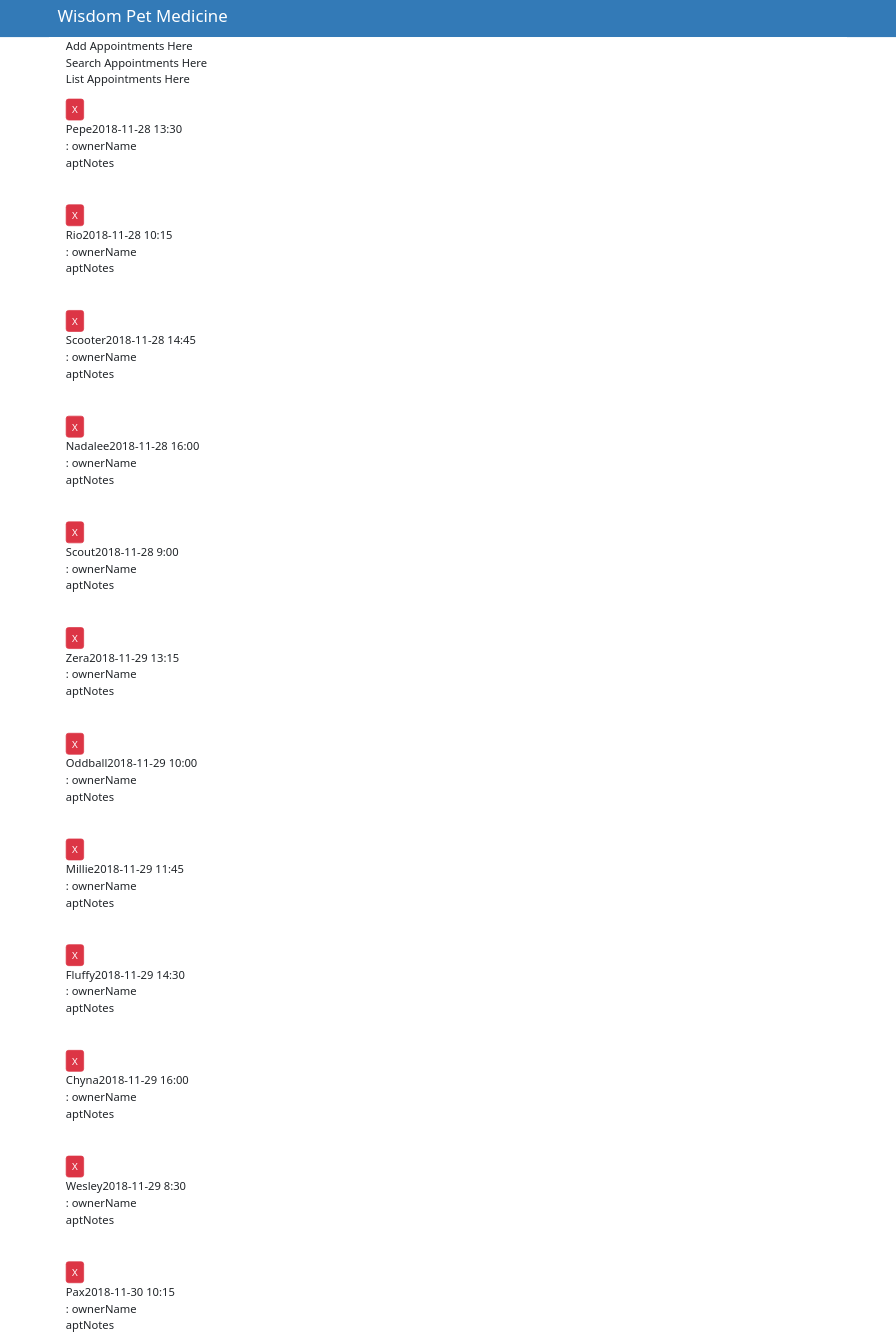
Repository: DevLuDaley/reactinterface
Page: /
These files come from the project's save history. The page is drawn as it stood at one moment and after the next save; the edit follows.
The browser window is 1280 px wide. The pictures show the part of the page from y = 0 to 1920 px (the page is 3954 px tall), at 70% of full size.
The project was rebuilt for these pictures with package versions that can differ from the ones it lists, and the page was loaded fresh each time. Also part of the build but not shown: src/css/App.css.

Above is the page before, as saved 2021-02-04 18:10:41.

### public/index.html
<!DOCTYPE html>
<html lang="en">
  <head>
    <meta charset="utf-8" />
    <link rel="icon" href="%PUBLIC_URL%/favicon.ico" />
    <meta name="viewport" content="width=device-width, initial-scale=1" />
    <meta name="theme-color" content="#000000" />
    <meta
      name="description"
      content="Web site created using create-react-app"
    />
    <link rel="apple-touch-icon" href="%PUBLIC_URL%/logo192.png" />
    <!--
      manifest.json provides metadata used when your web app is installed on a
      user's mobile device or desktop. See https://developers.google.com/web/fundamentals/web-app-manifest/
    -->
    <link rel="manifest" href="%PUBLIC_URL%/manifest.json" />
    <!--
      Notice the use of %PUBLIC_URL% in the tags above.
      It will be replaced with the URL of the `public` folder during the build.
      Only files inside the `public` folder can be referenced from the HTML.

      Unlike "/favicon.ico" or "favicon.ico", "%PUBLIC_URL%/favicon.ico" will
      work correctly both with client-side routing and a non-root public URL.
      Learn how to configure a non-root public URL by running `npm run build`.
    -->
    <title>React App</title>
  </head>
  <body>
    <noscript>You need to enable JavaScript to run this app.</noscript>
    <header class="container text-white">
      <h4 class="py-2">Wisdom Pet Medicine</h4>
    </header>

    <div id="root"></div>

    <footer class="container d-flex text-white py-2">
      <p>
        All contents &copy; 2018
        <a href="https://www.linkedin.com/learning">LinkedIn Learning</a>. All
        rights reserved.
      </p>
      <div class="ml-auto">
        <a class="d-block text-white" href="#">Terms of use</a>
        <a class="d-block text-white" href="#">Privacy policy</a>
      </div>
      <!-- col-md-6 -->
    </footer>
    <!-- footer -->
  </body>
</html>

### src/index.js
import React from 'react';
import ReactDOM from 'react-dom';
import 'bootstrap/dist/css/bootstrap.css'
import './css/index.css';
import App from './components/App';
import reportWebVitals from './reportWebVitals';
// import * as serviceWorker from './serviceWorker';
import 'jquery/dist/jquery'
import 'popper.js/dist/umd/popper'
import 'bootstrap/dist/js/bootstrap'

ReactDOM.render(
  <React.StrictMode>
    <App />
  </React.StrictMode>,
  document.getElementById('root')
);

// If you want to start measuring performance in your app, pass a function
// to log results (for example: reportWebVitals(console.log))
// or send to an analytics endpoint. Learn more: https://bit.ly/CRA-vitals
// serviceWorker.unregister()
reportWebVitals();

### src/components/App.js
import React, { Component } from 'react'
import '../css/App.css';
import AddAppointments from './AddAppointments';
import SearchAppointments from './SearchAppointments';
import ListAppointments from './ListAppointments';

class App extends Component {
  constructor(props) {
    super(props);
    this.state = {
      // myName: 'LH',
      authorized: true,
      myAppointments: []
     }
  }
  componentDidMount() {
    fetch('./data.json')
    .then(response => response.json())
    .then(result => {
      const apts = result.map(item => {
        return item;
      })
      this.setState({
        myAppointments: apts
      })
    })
  }

  render() {
    // const listItems = this.state.myAppointments.map(item => (
    //   <div>
    //     <div>
    //       {item.petName}
    //     </div>
    //       <div>{item.ownerName}</div>
    //   </div>
    // ))
    return (
      // <div className="App">
            <main className="page bg-white" id="petratings">
        <div className="container">
          <div className="row">
            <div className="col-md-12 bg-white">
              <div className="container">
              {/* { this.state.myName} */}
              {/* { listItems } */}
                <div> <AddAppointments /> </div>
                <div> <SearchAppointments authorized={true}/> </div>
                <div> <ListAppointments appointments={this.state.myAppointments} /> </div>
              </div>
            </div>
          </div>
        </div>
      </main>
    // </div>
      );
  }
}

export default App;

### src/components/AddAppointments.js
import React, { Component } from 'react'

class AddAppointments extends Component {
    constructor(props) {
        super(props);
        this.state = {  }
    }
    render() {
        return (
            <div>
                Add Appointments Here
            </div>
         );
    }
}

export default AddAppointments;

### src/components/SearchAppointments.js
import React, { Component } from 'react'
class SearchAppointments extends Component {
    constructor(props) {
        super(props);
        this.state = {  }
    }
    render() {
        return (
        <div>
            Search Appointments Here
        </div>
        );
    }
}

export default SearchAppointments;

### src/components/ListAppointments.js
import React, { Component } from 'react'

class ListAppointments extends Component {
    constructor(props) {
        super(props);
        this.state = {  }
    }
    render() {
    //   const listItems = this.state.myAppointments.map(item => (
      const listItems = this.props.appointments.map(item => (
            <div>
                <div>
                {item.petName} -- {item.ownerName}</div>
            </div>
    ))



        return (
        <div>
            List Appointments Here
            {/* {listItems} */}
            {this.props.appointments.map(item => (
                <div className="appointment-list item-list mb-3">
          <div className="pet-item col media py-3">
            <div className="mr-3">
              <button className="pet-delete btn btn-sm btn-danger">X</button>
            </div>

            <div className="pet-info media-body">
              <div className="pet-head d-flex">
                <span className="pet-name">{item.petName}</span>
                <span className="apt-date ml-auto">{item.aptDate}</span>
              </div>

              <div className="owner-name">
                <span className="label-item">{item.Owner}: </span>
                <span>ownerName</span>
              </div>
              <div className="apt-notes">aptNotes</div>
            </div>
          </div>
      </div>
            ))}

        </div>
        );
    }
}
export default ListAppointments;

### public/data.json
[
  {
    "petName": "Pepe",
    "ownerName": "Reggie Tupp",
    "aptNotes": "It's time for this rabbit's post spaying surgery checkup",
    "aptDate": "2018-11-28 13:30"
  },
  {
    "petName": "Rio",
    "ownerName": "Philip Ransu",
    "aptNotes": "Rio is up for his next round of vaccinations",
    "aptDate": "2018-11-28 10:15"
  },
  {
    "petName": "Scooter",
    "ownerName": "Zachary Heilyn",
    "aptNotes": "Scooter has been pawing at his ear and may have an ear infection",
    "aptDate": "2018-11-28 14:45"
  },
  {
    "petName": "Nadalee",
    "ownerName": "Krystle Valerija",
    "aptNotes": "This dog is coming in for his monthly nail trim and grooming",
    "aptDate": "2018-11-28 16:00"
  },
  {
    "petName": "Scout",
    "ownerName": "Nicolette Bardeau",
    "aptNotes": "This dog is coming in for his annual checkup and vaccinations",
    "aptDate": "2018-11-28 9:00"
  },
  {
    "petName": "Zera",
    "ownerName": "Austin Finnagan",
    "aptNotes": "This iguana's is showing signs of dementia associated with his old age",
    "aptDate": "2018-11-29 13:15"
  },
  {
    "petName": "Oddball",
    "ownerName": "Howie Cadell",
    "aptNotes": "Oddball has a hard lump on right front foot",
    "aptDate": "2018-11-29 10:00"
  },
  {
    "petName": "Millie",
    "ownerName": "Freya Terray",
    "aptNotes": "MIllie has exhibited signs of an upset stomach and is not eating regularly",
    "aptDate": "2018-11-29 11:45"
  },
  {
    "petName": "Fluffy",
    "ownerName": "Tracy Westbay",
    "aptNotes": "Fluffy has some matted hair that needs to be groomed",
    "aptDate": "2018-11-29 14:30"
  },
  {
    "petName": "Chyna",
    "ownerName": "Sandie Gobnet",
    "aptNotes": "This turtle is coming in for a checkup and to be tested for Salmonella",
    "aptDate": "2018-11-29 16:00"
  },
  {
    "petName": "Wesley",
    "ownerName": "Nathan Cayden",
    "aptNotes": "This dog is returning for his next heartworm treatment visit",
    "aptDate": "2018-11-29 8:30"
  },
  {
    "petName": "Pax",
    "ownerName": "Sarah Greer",
    "aptNotes": "This senior dog has been sluggish and showing lethargic behavior",
    "aptDate": "2018-11-30 10:15"
  },
  {
    "petName": "Squiggles",
    "ownerName": "Madisyn Roope",
    "aptNotes": "Squiggles is due for her annual checkup and vaccinations",
    "aptDate": "2018-11-30 11:30"
  },
  {
    "petName": "Lucky",
    "ownerName": "Lisa Choy-Wu",
    "aptNotes": "This cat has tartar buildup and her owner would like his teeth cleaned",
    "aptDate": "2018-11-30 14:30"
  },
  {
    "petName": "Bailey",
    "ownerName": "Leslie Richardson",
    "aptNotes": "This cat is suffering from hotspots and dermatitis",
    "aptDate": "2018-11-30 15:45"
  },
  {
    "petName": "Kiko",
    "ownerName": "Kathlyn Zlata",
    "aptNotes": "Kiko has been exhibiting excessive thirst and weight loss for the past few weeks",
    "aptDate": "2018-11-30 9:00"
  },
  {
    "petName": "Felix",
    "ownerName": "Francine Benet",
    "aptNotes": "Felix's mom is coming in to follow up on  lab work results",
    "aptDate": "2018-12-1 13:00"
  },
  {
    "petName": "Sami",
    "ownerName": "Maggie Rickland",
    "aptNotes": "Sami has had some changes in his bathroom in habits",
    "aptDate": "2018-12-1 10:00"
  },
  {
    "petName": "Cosmo",
    "ownerName": "Jennifer Dawson",
    "aptNotes": "Cosmo's mom would like us to check for arthritic conditions and do a routine checkup",
    "aptDate": "2018-12-1 11:30"
  },
  {
    "petName": "Casper",
    "ownerName": "Dalania Devitto",
    "aptNotes": "This dog is coming in for a nail trim and grooming",
    "aptDate": "2018-12-1 15:15"
  },
  {
    "petName": "Chip",
    "ownerName": "Jason Hemlock",
    "aptNotes": "This fish has a spotty white patch developing on his back ",
    "aptDate": "2018-12-1 8:45"
  },
  {
    "petName": "Tibbs",
    "ownerName": "Shad Cayden",
    "aptNotes": "Tibbs has had an ongoing rash and cold symptoms and we are going to run allergy tests",
    "aptDate": "2018-12-2 13:30"
  },
  {
    "petName": "Stich",
    "ownerName": "Dennis Nicholback",
    "aptNotes": "Stich has been having some stomach issues and is due for his vaccinations",
    "aptDate": "2018-12-2 10:15"
  },
  {
    "petName": "Shadow",
    "ownerName": "Audry Topsy",
    "aptNotes": "This cat has a red swollen eye with a discharge",
    "aptDate": "2018-12-2 15:00"
  },
  {
    "petName": "Nugget",
    "ownerName": "Darla Branson",
    "aptNotes": "This little fish Nugget, has  a rash on his stomach area",
    "aptDate": "2018-12-2 9:00"
  }
]

Loaded but not shown: src/css/index.css (common file); src/reportWebVitals.js (common file)

After the next save:
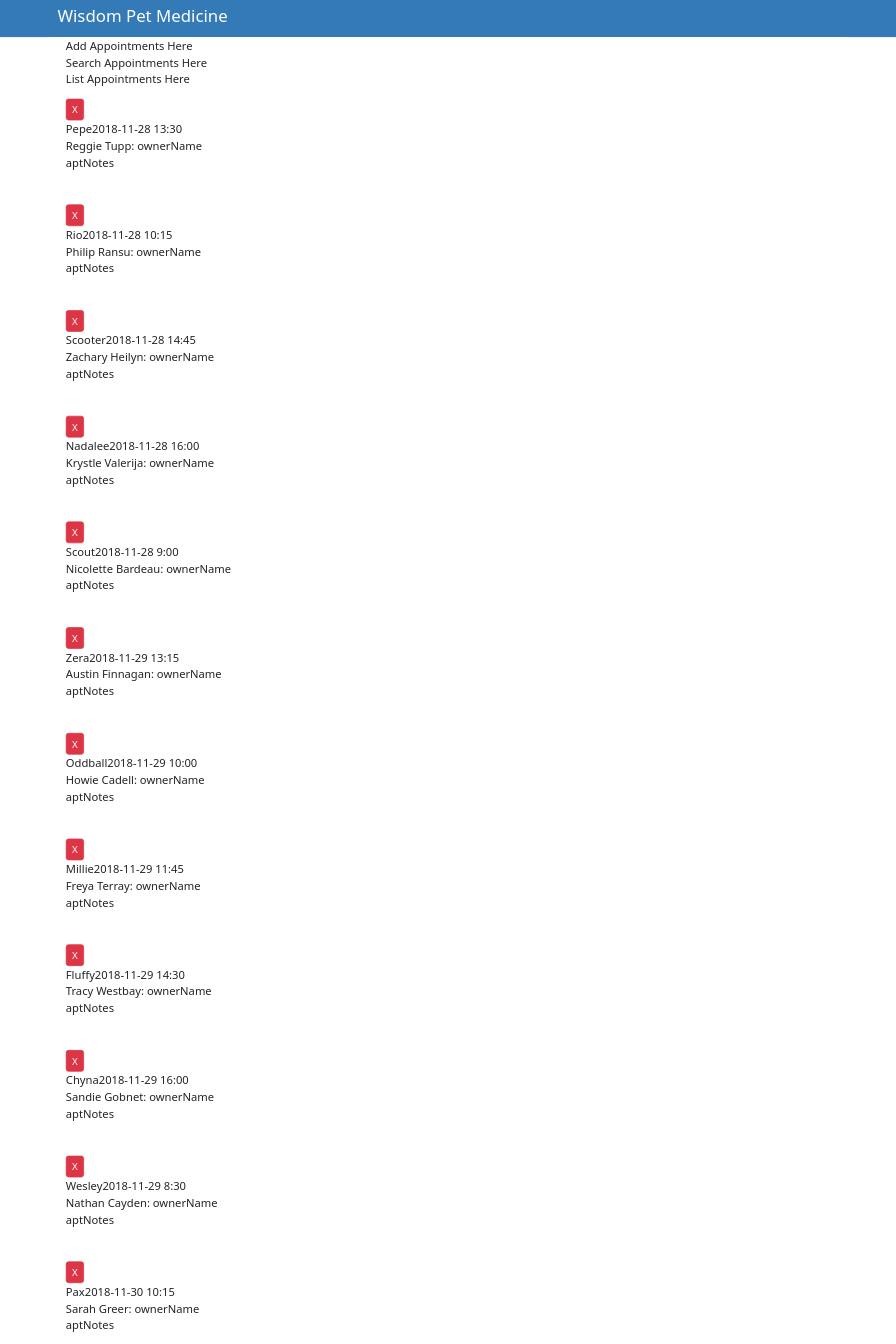
Saved 12 s later.
--- a/src/components/ListAppointments.js
+++ b/src/components/ListAppointments.js
@@ -34,7 +34,7 @@ class ListAppointments extends Component {
               </div>
 
               <div className="owner-name">
-                <span className="label-item">{item.Owner}: </span>
+                <span className="label-item">{item.ownerName}: </span>
                 <span>ownerName</span>
               </div>
               <div className="apt-notes">aptNotes</div>
